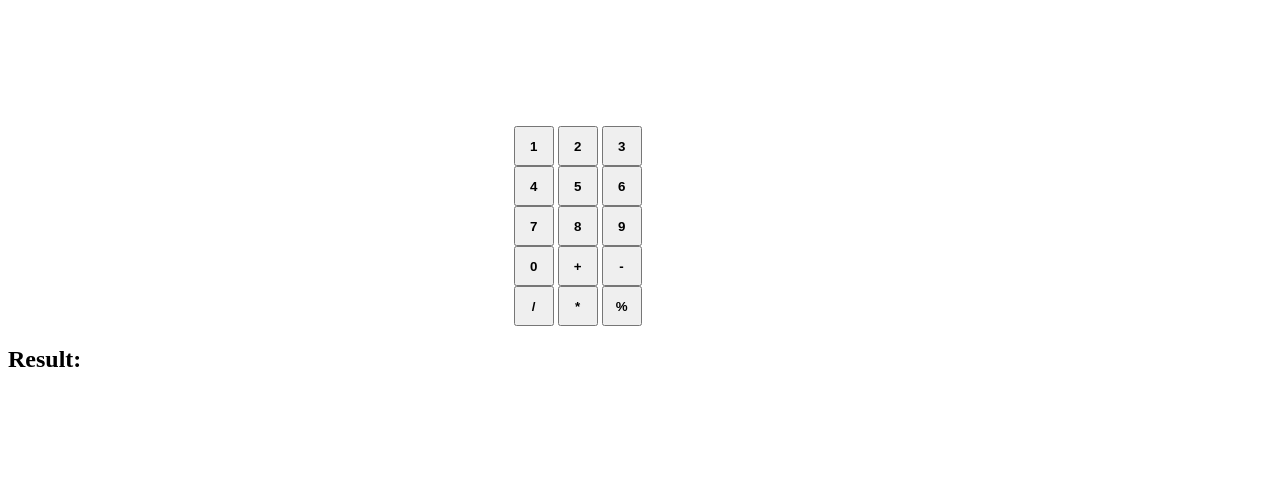
Repository: gautamsonam011/CMS
Page: http://localhost/calculator/
An editor plug-in stored every save of this project. The page is shown before and after the next save, followed by the edit.
The browser window is 1280 px wide. The pictures show the whole page.
The page is served by the project's application, run on Django 5.2 (manage.py).

Above is the page before, as saved 2025-09-06 17:27:41.

After the next save:
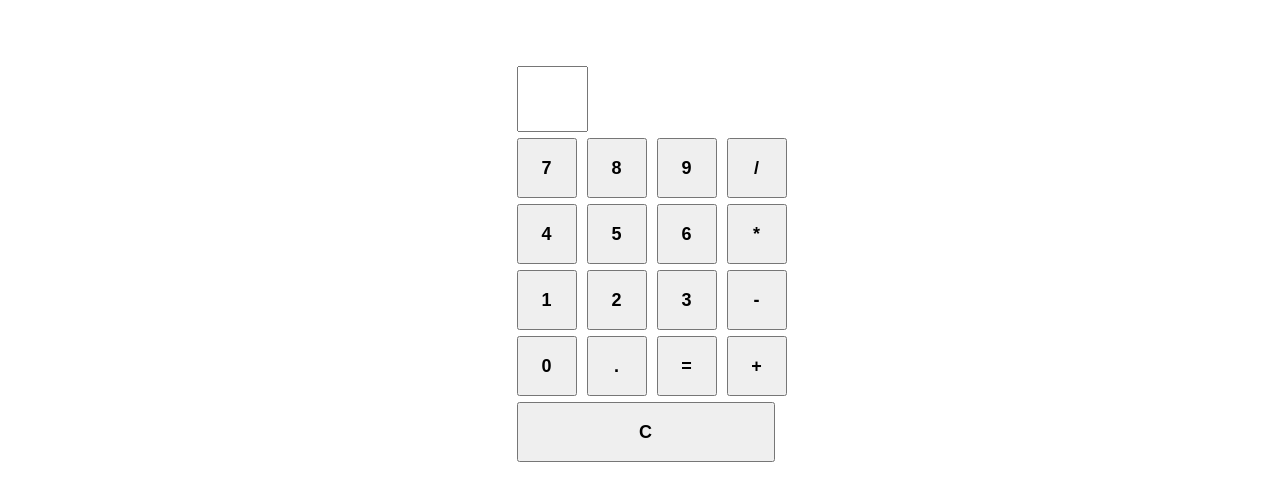
Saved 79 s later.
--- a/templates/calculator.html
+++ b/templates/calculator.html
@@ -5,13 +5,23 @@
     <title>Calculator</title>
     <style>
         .cal {
-            margin-top: 10%;
+            margin-top: 5%;
             margin-left: 40%;
         }
         .cal input {
-            width: 40px;
-            height: 40px;
+            width: 60px;
+            height: 60px;
             font-weight: bold;
+            font-size: 18px;
+            margin: 3px;
+        }
+        .display {
+            width: 195px;
+            height: 50px;
+            font-size: 20px;
+            text-align: right;
+            margin-bottom: 10px;
+            padding-right: 5px;
         }
     </style>
 </head>
@@ -19,28 +29,37 @@
     <form method="post">
         {% csrf_token %}
         <div class="cal">
-            <input type="submit" name="btn1" value="1">
-            <input type="submit" name="btn2" value="2">
-            <input type="submit" name="btn3" value="3">
+            <!-- display -->
+            <input type="text" name="expression" value="{{ expression }}" class="display" readonly>
             <br/>
-            <input type="submit" name="btn4" value="4">
-            <input type="submit" name="btn5" value="5">
-            <input type="submit" name="btn6" value="6">
+
+            <!-- digits -->
+            <input type="submit" name="btn" value="7">
+            <input type="submit" name="btn" value="8">
+            <input type="submit" name="btn" value="9">
+            <input type="submit" name="btn" value="/">
             <br/>
-            <input type="submit" name="btn7" value="7">
-            <input type="submit" name="btn8" value="8">
-            <input type="submit" name="btn9" value="9">
+            <input type="submit" name="btn" value="4">
+            <input type="submit" name="btn" value="5">
+            <input type="submit" name="btn" value="6">
+            <input type="submit" name="btn" value="*">
             <br/>
-            <input type="submit" name="btn0" value="0">
-            <input type="submit" name="btnsum" value="+">
-            <input type="submit" name="btnsub" value="-">
+            <input type="submit" name="btn" value="1">
+            <input type="submit" name="btn" value="2">
+            <input type="submit" name="btn" value="3">
+            <input type="submit" name="btn" value="-">
             <br/>
-            <input type="submit" name="btndiv" value="/">
-            <input type="submit" name="btnmult" value="*">
-            <input type="submit" name="btnmod" value="%">
+            <input type="submit" name="btn" value="0">
+            <input type="submit" name="btn" value=".">
+            <input type="submit" name="equal" value="=">
+            <input type="submit" name="btn" value="+">
+            <br/>
+            <input type="submit" name="clear" value="C" style="width: 258px;">
         </div>
     </form>
 
-    <h2>Result: {{ res }}</h2>
+    {% if result %}
+        <h2 style="margin-left:40%;">Result: {{ result }}</h2>
+    {% endif %}
 </body>
 </html>
